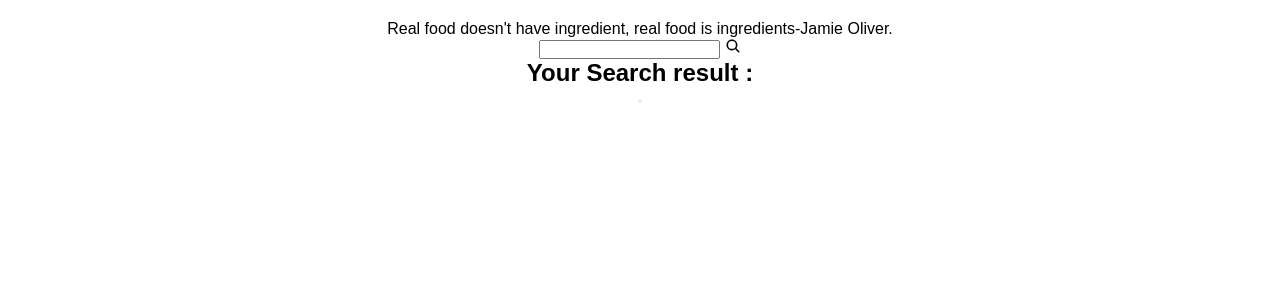
Repository: andrewhuynh561/javascipt
Page: Day 1/index.html
These files come from the project's save history. The page is drawn as it stood at one moment and after the next save; the edit follows.
The browser window is 1280 px wide. The pictures show the whole page.

Above is the page before, as saved 2023-05-17 21:43:32.

After the next save:
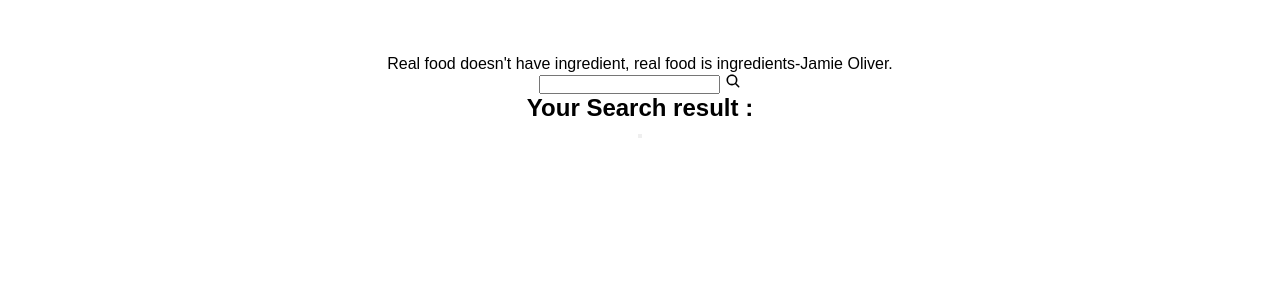
Saved 9 s later.
--- a/Day 1/style.css
+++ b/Day 1/style.css
@@ -15,7 +15,7 @@ body {
     max-width: 1200px;
     margin: 0 auto;
     text-align: center;
-    padding: 35 px;
+    padding-top: 35px;
 
 
 }
